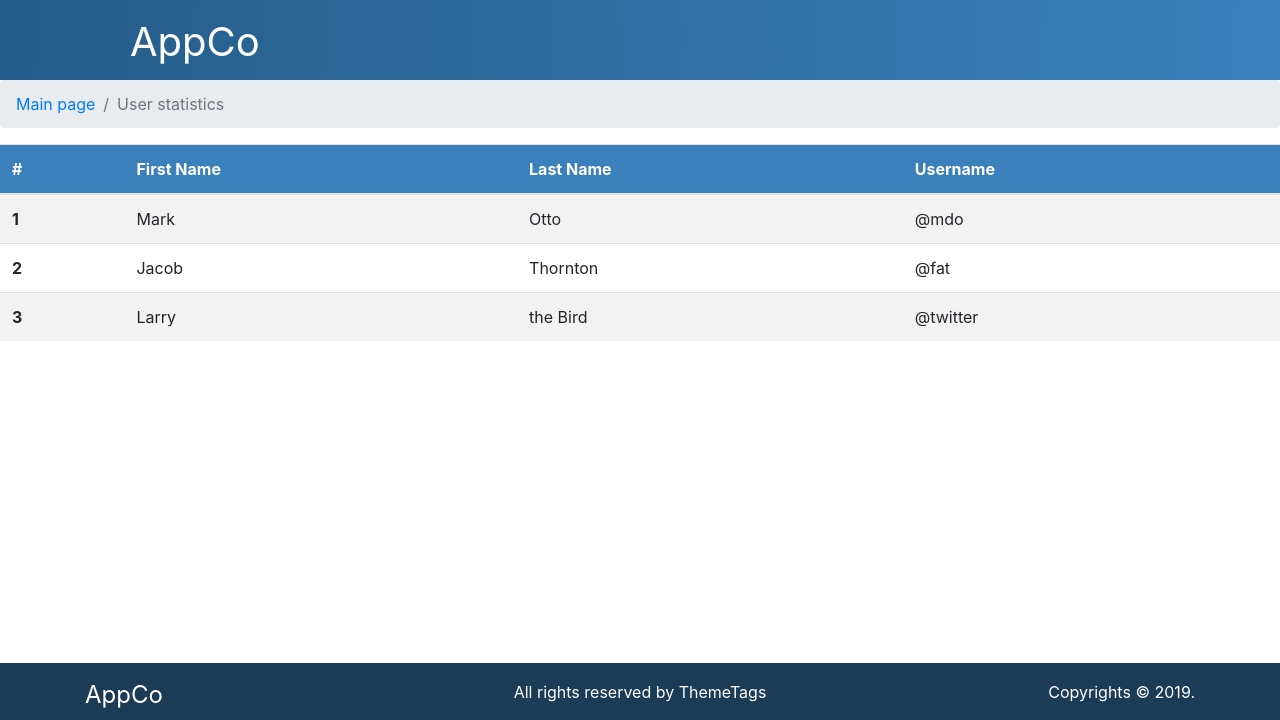
Repository: andbilous/user-statistics-app
Page: /
These files come from the project's save history. The page is drawn as it stood at one moment and after the next save; the edit follows.
The browser window is 1280 px wide. The pictures show the whole page.
The project was rebuilt for these pictures with package versions that can differ from the ones it lists, and the page was loaded fresh each time. Also part of the build but not shown: src/components/brainstorming/index.js, src/components/reasons/reasons.scss, src/components/reasons/index.js, src/components/footer/footer.scss, src/components/footer/index.js, src/pages/Main.jsx.

Above is the page before, as saved 2020-06-22 02:31:55.

### src/App.js
import React from 'react';
import Main from './pages/Main';
import Stats from './pages/Stats';
import './App.scss';

function App() {
  return (
    <div className="App">
      <Stats/>
    </div>
  );
}

export default App;

### src/pages/Stats.jsx
import React from "react";
import Header from "../components/Header";
import { Table, Breadcrumb, BreadcrumbItem } from "reactstrap";
import PlainFooter from "../components/plain-footer";

const Stats = () => {
  return (
    <>
      <Header />
      <Breadcrumb tag="nav" listTag="div">
        <BreadcrumbItem tag="a" href="#">Main page</BreadcrumbItem>
        <BreadcrumbItem active tag="span">User statistics</BreadcrumbItem>
      </Breadcrumb>
      <section className="table">
        <Table striped>
          <thead>
            <tr>
              <th>#</th>
              <th>First Name</th>
              <th>Last Name</th>
              <th>Username</th>
            </tr>
          </thead>
          <tbody>
            <tr>
              <th scope="row">1</th>
              <td>Mark</td>
              <td>Otto</td>
              <td>@mdo</td>
            </tr>
            <tr>
              <th scope="row">2</th>
              <td>Jacob</td>
              <td>Thornton</td>
              <td>@fat</td>
            </tr>
            <tr>
              <th scope="row">3</th>
              <td>Larry</td>
              <td>the Bird</td>
              <td>@twitter</td>
            </tr>
          </tbody>
        </Table>
      </section>
      <PlainFooter />
    </>
  );
};

export default Stats;

### src/App.scss
body {
  font-family: Montserrat;
  font-style: normal;
  font-weight: normal;
}
img {
  position: relative;
  display: block;
  width: 100%;
}

table {
  thead{
    background: #3A80BA;
    color: #fff;
  }
}

.breadcrumb {
  background-color: #fff;
}

### src/components/Header/index.js
import React from 'react';
import './header.scss';
import { Container } from 'reactstrap';


const Header = () => {
    return (
      <header className='header bg-image'>
      <Container>
          <div className='navbar-brand'>
          AppCo
            </div>
      </Container>
      </header>
    )
};

export default Header;

### src/components/plain-footer/index.js
import React from 'react';
import { Container, Row, Col } from 'reactstrap';
import './plain-footer.scss';

const PlainFooter = () => {
    return (
      <footer className='plain-footer'>
        <Container>
          <Row className='justify-content-between'>
          <Col className='col-md' lg='4'>
            <span className='footer-title'>AppCo</span>
          </Col>
          <Col className='col-md text-center' lg='4'>
          <span>All rights reserved by ThemeTags</span>
            </Col>
            <Col className='col-md text-right' lg='4'>
            <span>Copyrights © 2019.</span>
            </Col>
          </Row>
        </Container>
      </footer>
    )
};

export default PlainFooter;

### src/components/Header/header.scss
.header{
  width: 100%;
  height: 80px;
  background: linear-gradient(92.09deg, #255D8B 2.29%, #3A80BA 96.79%);
  .navbar-brand {
    color: #fff;
    font-size: 40px;
    line-height: 49px;
    position: absolute;
    width: 136px;
    height: 49px;
    left: 130px;
    top: 12px;
  }
}

### src/components/brainstorming/brainstorming.scss
.brainstorming {
  background-image: url(/img/bg.png);
  background-repeat: no-repeat;
  background-position: center center;
  background-size: cover;
}
.brainstorming-header {
  font-size: 48px;
  line-height: 59px;
  color: #fff;
  font-style: normal;
  width: 98%;
}
.brainstorming-subheader {
  font-size: 20px;
  line-height: 142%;
  font-weight: normal;
  color: #fff;
  font-style: normal;
  margin-bottom: 32px;
}

.brainstorming-btn {
  width: 154px;
  height: 56px;
  background: #ffffff;
  border-radius: 8px;
  color: #3a80ba;
  font-size: 16px;
  line-height: 142%;
  text-align: center;
  padding: 17px 31px 16px 32px;
}

.mobile {
  width: 321px;
  height: 561px;
  background-image: url(/img/mobile.png);
  background-repeat: no-repeat;
  background-position: center center;
  background-size: cover;
}

.bg-image {
  position: relative;
  width: 100%;
  display: block;
}

### src/components/plain-footer/plain-footer.scss
.plain-footer {
  position: absolute;
  bottom: 0;
  background-color: #1c3b55;
  width: 100%;
  height: 57px;
  color: #fff;
  padding: 17px 17px;
  .span{
    font-size: 16px;
  }
  .footer-title{
    font-size: 24px;
    line-height: 29px;
  }
}

Loaded but not shown: public/index.html (common file); src/index.js (common file); src/serviceWorker.js (common file)

After the next save:
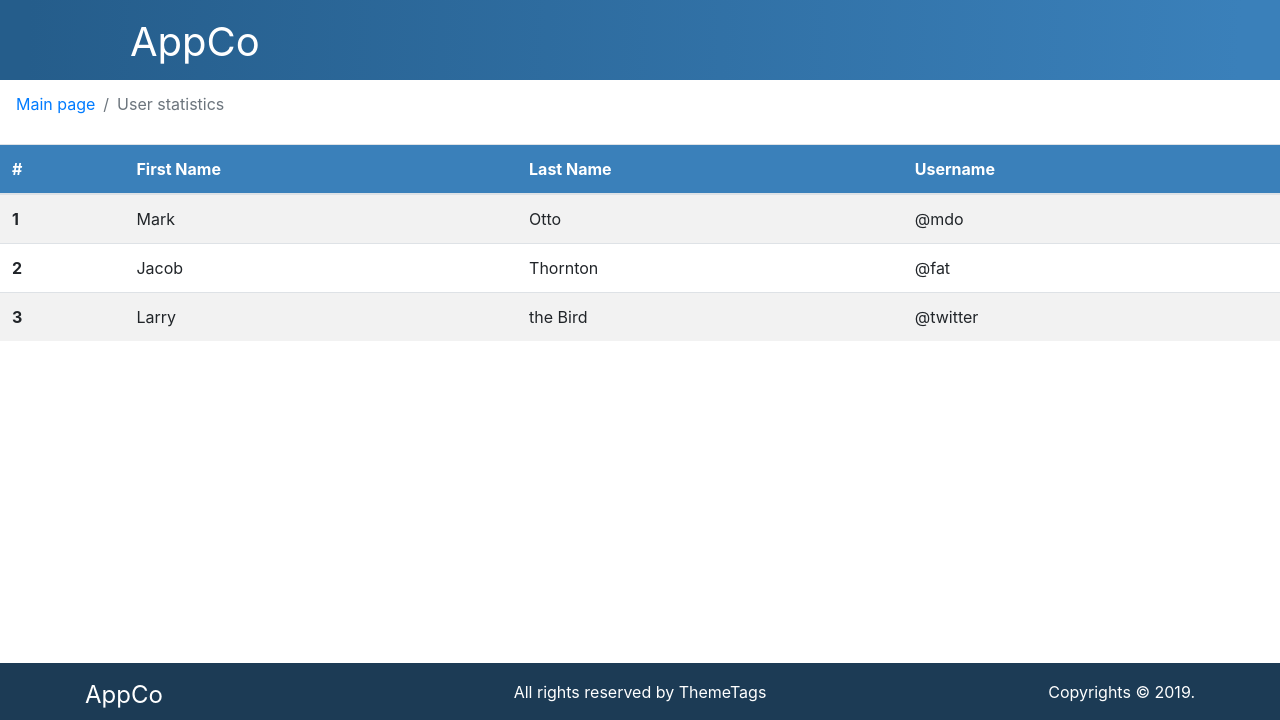
Saved 5 s later.
--- a/src/App.scss
+++ b/src/App.scss
@@ -17,5 +17,5 @@ table {
 }
 
 .breadcrumb {
-  background-color: #fff;
+  background-color: #fff !important;
 }
